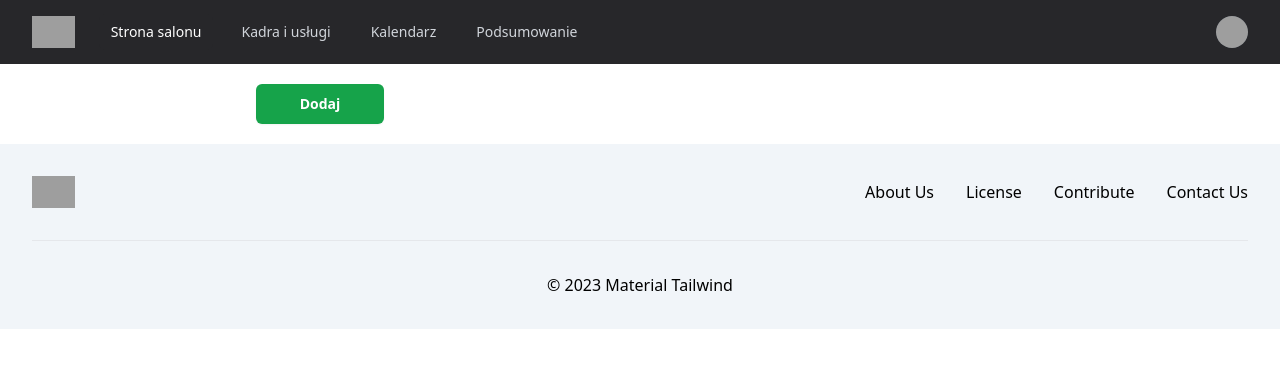
Repository: PrzemyslawJura/my-app
Page: /pracownicy (app in frontend/)
An editor plug-in stored every save of this project. The page is shown before and after the next save, followed by the edit.
The browser window is 1280 px wide. The pictures show the whole page.
Pictures or frames that could not be fetched are drawn as grey boxes. The page's requests for data from a server got no answer. The project was rebuilt for these pictures with package versions that can differ from the ones it lists, and the page was loaded fresh each time. No one was signed in, and anything a server would have sent is missing. Also part of the build but not shown: frontend/src/components/Location.jsx, frontend/src/home/Feature.jsx, frontend/src/shared_np_buttony_inputy_kalendarze_itp/PaginationTile.jsx, frontend/src/home/Pagination.jsx, frontend/src/home/Listbox.jsx, frontend/src/home/StepOne.jsx, frontend/src/home/StepTwo.jsx, frontend/src/home/SalonOffer.jsx and 23 more.

Above is the page before, as saved 2023-11-24 13:12:02.

### frontend/src/index.js
import React from 'react';
import ReactDOM from 'react-dom/client';
import './index.css';
import App from './core/App';
import reportWebVitals from './reportWebVitals';
import { BrowserRouter } from 'react-router-dom';

const root = ReactDOM.createRoot(document.getElementById('root'));
root.render(
  <React.StrictMode>
    <BrowserRouter>
      <App />
    </BrowserRouter>
  </React.StrictMode>
);

// If you want to start measuring performance in your app, pass a function
// to log results (for example: reportWebVitals(console.log))
// or send to an analytics endpoint. Learn more: https://bit.ly/CRA-vitals
reportWebVitals();

### frontend/src/index.css
@tailwind base;
html {
  scroll-behavior: smooth;
}

@tailwind components;
@tailwind utilities;

### frontend/src/core/App.jsx
import BrowserRoutes from "./BrowserRoutes"
import FooterWithLogo from "./Footer"
import NavbarBiznes from "./NavbarBiznes";
import NavbarHome from "./NavbarHome";



export default function App() {
  let navigationBar = <NavbarHome/>
  function userIsLogin(user)
  {
    if (user == false) navigationBar = <NavbarBiznes/>
    else navigationBar = <NavbarHome/>
  }
  return (
    <>
      {userIsLogin(false)}
      {navigationBar}
      <BrowserRoutes/>
      <FooterWithLogo/>
    </>
  )
}

### frontend/src/core/BrowserRoutes.jsx
import Home from "../home/Home"
import CalendarOfWork from "../biznes/CalendarOfWork"
import SalonPage from "../biznes/SalonPage"
import Workers from "../biznes/Workers"
import { Route, Routes } from "react-router-dom"
import NavbarBiznes from "./NavbarBiznes"

export default function BrowserRoutes() {
  return (
      <Routes>
        <Route path="/" element={<Home/>}/>
        <Route path="/stronasalonu" element={<SalonPage/>}/>
        <Route path="/pracownicy" element={<Workers/>}/>
        <Route path="/kalendarz" element={<CalendarOfWork/>}/>
      </Routes>
  )
}

### frontend/src/core/Footer.jsx
import { Typography } from "@material-tailwind/react";

export default function FooterWithLogo() {
  return (
    <footer id="footer" className="w-full p-8 bg-slate-100">
      <div className="flex flex-row flex-wrap items-center justify-center gap-y-6 gap-x-12 text-center md:justify-between">
      <img
        className="h-8 w-auto"
        src="https://tailwindui.com/img/logos/mark.svg?color=green&shade=600"
        alt=""
      />
        <ul className="flex flex-wrap items-center gap-y-2 gap-x-8">
          <li>
            <Typography
              as="a"
              href="#"
              color="blue-gray"
              className="font-normal transition-colors hover:text-blue-500 focus:text-blue-500"
            >
              About Us
            </Typography>
          </li>
          <li>
            <Typography
              as="a"
              href="#"
              color="blue-gray"
              className="font-normal transition-colors hover:text-blue-500 focus:text-blue-500"
            >
              License
            </Typography>
          </li>
          <li>
            <Typography
              as="a"
              href="#"
              color="blue-gray"
              className="font-normal transition-colors hover:text-blue-500 focus:text-blue-500"
            >
              Contribute
            </Typography>
          </li>
          <li>
            <Typography
              as="a"
              href="#"
              color="blue-gray"
              className="font-normal transition-colors hover:text-blue-500 focus:text-blue-500"
            >
              Contact Us
            </Typography>
          </li>
        </ul>
      </div>
      <hr className="my-8 border-blue-gray-50" />
      <Typography color="blue-gray" className="text-center font-normal">
        &copy; 2023 Material Tailwind
      </Typography>
    </footer>
  );
}

### frontend/src/core/NavbarBiznes.jsx
import { Fragment } from 'react'
import { Disclosure, Menu, Transition } from '@headlessui/react'
import { Bars3Icon, XMarkIcon } from '@heroicons/react/24/outline'


const navigation = [
  { name: 'Strona salonu', href: '/stronasalonu', current: true },
  { name: 'Kadra i usługi', href: '/pracownicy', current: false },
  { name: 'Kalendarz', href: '/kalendarz', current: false },
  { name: 'Podsumowanie', href: '/podsumowanie', current: false },
]

function classNames(...classes) {
  return classes.filter(Boolean).join(' ')
}

export default function NavbarBiznes({}) {
  return (
    <Disclosure as="nav" className="bg-zinc-800">
      {({ open }) => (
        <>
          <div className="mx-auto max-w-7xl px-2 sm:px-6 lg:px-8">
            <div className="relative flex h-16 items-center justify-between">
              <div className="absolute inset-y-0 left-0 flex items-center sm:hidden">
                {/* Mobile menu button*/}
                <Disclosure.Button className="relative inline-flex items-center justify-center rounded-md p-2 text-gray-400 hover:bg-gray-700 hover:text-white focus:outline-none focus:ring-2 focus:ring-inset focus:ring-white">
                  <span className="absolute -inset-0.5" />
                  <span className="sr-only">Open main menu</span>
                  {open ? (
                    <XMarkIcon className="block h-6 w-6" aria-hidden="true" />
                  ) : (
                    <Bars3Icon className="block h-6 w-6" aria-hidden="true" />
                  )}
                </Disclosure.Button>
              </div>
              <div className="flex flex-1 items-center justify-center sm:items-stretch sm:justify-start">
                <div className="flex flex-shrink-0 items-center">
                  <img
                    className="h-8 w-auto"
                    src="https://tailwindui.com/img/logos/mark.svg?color=green&shade=500"
                    alt="Your Company"
                  />
                </div>
                <div className="hidden sm:ml-6 sm:block">
                  <div className="flex space-x-4">
                    {navigation.map((item) => (
                      <a
                        key={item.name}
                        href={item.href}
                        className={classNames(
                          item.current ? 'bg-zinc-800 text-white' : 'text-gray-300 hover:bg-zinc-600 hover:text-white',
                          'rounded-md px-3 py-2 text-sm font-medium'
                        )}
                        aria-current={item.current ? 'page' : undefined}
                      >
                        {item.name}
                      </a>
                    ))}
                  </div>
                </div>
              </div>
              <div className="absolute inset-y-0 right-0 flex items-center pr-2 sm:static sm:inset-auto sm:ml-6 sm:pr-0">
                {/* Profile dropdown */}
                <Menu as="div" className="relative ml-3">
                  <div>
                    <Menu.Button className="relative flex rounded-full bg-gray-800 text-sm focus:outline-none focus:ring-2 focus:ring-white focus:ring-offset-2 focus:ring-offset-gray-800">
                      <span className="absolute -inset-1.5" />
                      <span className="sr-only">Open user menu</span>
                      <img
                        className="h-8 w-8 rounded-full"
                        src="https://images.unsplash.com/photo-1592647420148-bfcc177e2117?ixlib=rb-4.0.3&ixid=M3wxMjA3fDB8MHxwaG90by1wYWdlfHx8fGVufDB8fHx8fA%3D%3D&auto=format&fit=crop&w=2039&q=80"
                        alt=""
                      />
                    </Menu.Button>
                  </div>
                  <Transition
                    as={Fragment}
                    enter="transition ease-out duration-100"
                    enterFrom="transform opacity-0 scale-95"
                    enterTo="transform opacity-100 scale-100"
                    leave="transition ease-in duration-75"
                    leaveFrom="transform opacity-100 scale-100"
                    leaveTo="transform opacity-0 scale-95"
                  >
                    <Menu.Items className="absolute right-0 z-10 mt-2 w-48 origin-top-right rounded-md bg-white py-1 shadow-lg ring-1 ring-black ring-opacity-5 focus:outline-none">
                      <Menu.Item>
                        {({ active }) => (
                          <a
                            href="#"
                            className={classNames(active ? 'bg-gray-100' : '', 'block px-4 py-2 text-sm text-gray-700')}
                          >
                            Twój profil
                          </a>
                        )}
                      </Menu.Item>
                      <Menu.Item>
                        {({ active }) => (
                          <a
                            href="#"
                            className={classNames(active ? 'bg-gray-100' : '', 'block px-4 py-2 text-sm text-gray-700')}
                          >
                            Ustawienia
                          </a>
                        )}
                      </Menu.Item>
                      <Menu.Item>
                        {({ active }) => (
                          <a
                            href="#"
                            className={classNames(active ? 'bg-gray-100' : '', 'block px-4 py-2 text-sm text-gray-700')}
                          >
                            Wyloguj
                          </a>
                        )}
                      </Menu.Item>
                    </Menu.Items>
                  </Transition>
                </Menu>
              </div>
            </div>
          </div>

          <Disclosure.Panel className="sm:hidden">
            <div className="space-y-1 px-2 pb-3 pt-2">
              {navigation.map((item) => (
                <Disclosure.Button
                  key={item.name}
                  as="a"
                  href={item.href}
                  className={classNames(
                    item.current ? 'bg-gray-900 text-white' : 'text-gray-300 hover:bg-gray-700 hover:text-white',
                    'block rounded-md px-3 py-2 text-base font-medium'
                  )}
                  aria-current={item.current ? 'page' : undefined}
                >
                  {item.name}
                </Disclosure.Button>
              ))}
            </div>
          </Disclosure.Panel>
        </>
      )}
    </Disclosure>
  )
}

### frontend/src/biznes/Workers.jsx
import React, { useState } from 'react'
import AddWorker from "./AddWorker"
import AddService from './AddService'
import MainButton from "../shared_np_buttony_inputy_kalendarze_itp/MainButton"
import Dropdown from "../shared_np_buttony_inputy_kalendarze_itp/Dropdown"
import Hairdresser from "../components/Hairdresser"
import { useEffect } from 'react';
import Service from '../components/Service'

const people = [
  {
    name: 'Leslie Alexander',
    email: 'leslie.alexander@example.com',
    telephone: '213 123 123',
    role: 'Co-Founder / CEO',
    imageUrl:
      'https://images.unsplash.com/photo-1494790108377-be9c29b29330?ixlib=rb-1.2.1&ixid=eyJhcHBfaWQiOjEyMDd9&auto=format&fit=facearea&facepad=2&w=256&h=256&q=80',
    lastSeen: '3h ago',
    lastSeenDateTime: '2023-01-23T13:23Z',
  },
  {
    name: 'Michael Foster',
    email: 'michael.foster@example.com',
    role: 'Co-Founder / CTO',
    imageUrl:
      'https://images.unsplash.com/photo-1519244703995-f4e0f30006d5?ixlib=rb-1.2.1&ixid=eyJhcHBfaWQiOjEyMDd9&auto=format&fit=facearea&facepad=2&w=256&h=256&q=80',
    lastSeen: '3h ago',
    lastSeenDateTime: '2023-01-23T13:23Z',
  },
  {
    name: 'Dries Vincent',
    email: 'dries.vincent@example.com',
    role: 'Business Relations',
    imageUrl:
      'https://images.unsplash.com/photo-1506794778202-cad84cf45f1d?ixlib=rb-1.2.1&ixid=eyJhcHBfaWQiOjEyMDd9&auto=format&fit=facearea&facepad=2&w=256&h=256&q=80',
    lastSeen: null,
  },
  {
    name: 'Lindsay Walton',
    email: 'lindsay.walton@example.com',
    role: 'Front-end Developer',
    imageUrl:
      'https://images.unsplash.com/photo-1517841905240-472988babdf9?ixlib=rb-1.2.1&ixid=eyJhcHBfaWQiOjEyMDd9&auto=format&fit=facearea&facepad=2&w=256&h=256&q=80',
    lastSeen: '3h ago',
    lastSeenDateTime: '2023-01-23T13:23Z',
  },
  {
    name: 'Courtney Henry',
    email: 'courtney.henry@example.com',
    role: 'Designer',
    imageUrl:
      'https://images.unsplash.com/photo-1438761681033-6461ffad8d80?ixlib=rb-1.2.1&ixid=eyJhcHBfaWQiOjEyMDd9&auto=format&fit=facearea&facepad=2&w=256&h=256&q=80',
    lastSeen: '3h ago',
    lastSeenDateTime: '2023-01-23T13:23Z',
  },
  {
    name: 'Tom Cook',
    email: 'tom.cook@example.com',
    role: 'Director of Product',
    imageUrl:
      'https://images.unsplash.com/photo-1472099645785-5658abf4ff4e?ixlib=rb-1.2.1&ixid=eyJhcHBfaWQiOjEyMDd9&auto=format&fit=facearea&facepad=2&w=256&h=256&q=80',
    lastSeen: null,
  },
]

const sortOptions = [
  { name: 'Zmień dane', href: '#', current: true },
  { name: 'Usuń pracownika', href: '#', current: true },
  { name: 'Dodaj nieobecność', href: '#', current: true }
]



export default function Workers() {
  const [isShown, setIsShown] = useState(0);
  const [workers, setWorkers] = useState([]);

  useEffect(() => {
    fetch('https://localhost:7230/Salons/WorkersWithSalonId/1')
      .then((res) => res.json())
      .then((result) => {
        setWorkers(result);
        console.log(result)
      });
  }, [])

  return (
    <>
        <div className="w-3/5 m-auto my-5 ">
            <ul role="list" className="divide-y divide-gray-100">
              {workers.map((person) => (
                <>
                <li key={person.id} className="flex justify-between gap-x-6 py-5">
                  <Hairdresser person={person}/>
                  <Dropdown title="Edytuj" options={sortOptions}/>
                </li>
                <Service workerId={person.id}/>
                </>
              ))}
            </ul>
            <span onClick={() => setIsShown(1)}>
              <MainButton text="Dodaj"/>
              </span>
            {isShown == 1 && <AddWorker setIsShown={setIsShown} />}
            {isShown == 2 && <AddService setIsShown={setIsShown} />}
        </div>
    </>
  )
}

### frontend/src/shared_np_buttony_inputy_kalendarze_itp/MainButton.jsx
export default function MainButton({text}) {
    return (
        <button
        type="submit"
        className="w-20 sm:w-32 flex-none rounded-md bg-green-600 px-3.5 py-2.5 text-sm font-semibold max-h-10 my-auto
                   text-white shadow-sm hover:bg-green-400 focus-visible:outline focus-visible:outline-2
                   focus-visible:outline-offset-2 focus-visible:outline-indigo-500"
        >
        {text}
        </button>
    )}

### frontend/tailwind.config.js
/** @type {import('tailwindcss').Config} */
module.exports = {
  content: [
    "./src/**/*.{js,jsx,ts,tsx}",
  ],
  theme: {
    extend: {
      backgroundImage: {
        /*https://unsplash.com/photos/EW_rqoSdDes?utm_source=unsplash&utm_medium=referral&utm_content=creditShareLink*/
        /*author: Nathon Oski*/
        'main-image': "url('/src/assets/main-image.jpg')",
      },
      backgroundColor: {
        'bgGray': '#f8f9fa',
      }
    },
  },
  plugins: [],
}

Loaded but not shown: frontend/public/index.html (common file); frontend/src/reportWebVitals.js (common file)

After the next save:
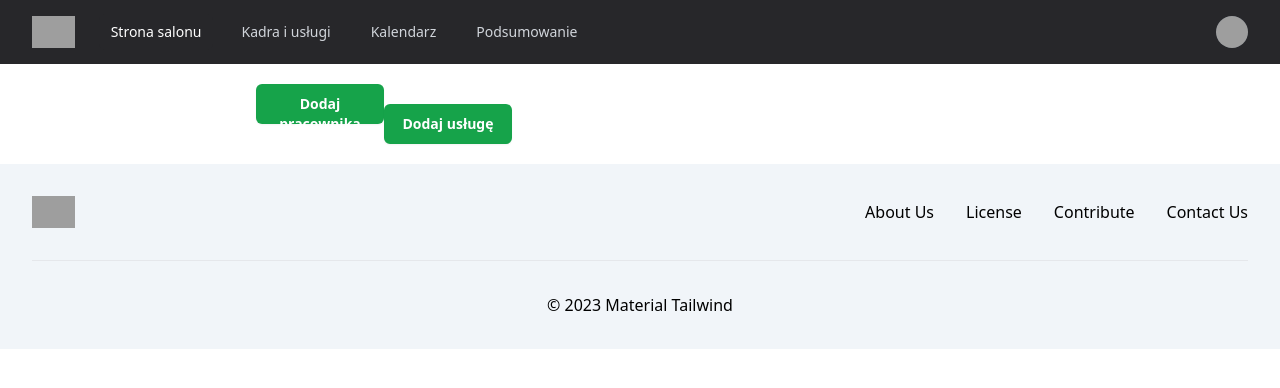
Saved 42 s later.
--- a/frontend/src/biznes/Workers.jsx
+++ b/frontend/src/biznes/Workers.jsx
@@ -99,7 +99,11 @@ export default function Workers() {
               ))}
             </ul>
             <span onClick={() => setIsShown(1)}>
-              <MainButton text="Dodaj"/>
+              <MainButton text="Dodaj pracownika"/>
+            </span>
+
+            <span onClick={() => setIsShown(2)}>
+              <MainButton text="Dodaj usługę"/>
               </span>
             {isShown == 1 && <AddWorker setIsShown={setIsShown} />}
             {isShown == 2 && <AddService setIsShown={setIsShown} />}
